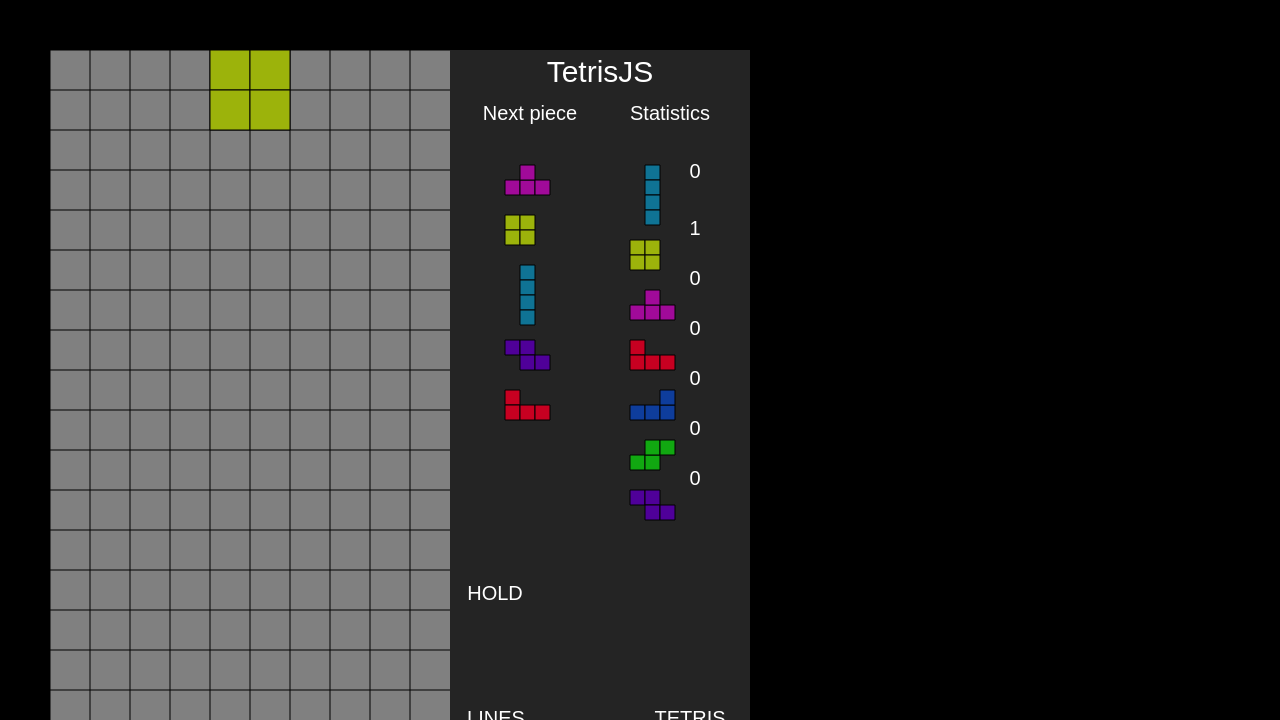
Repository: hosua/TetrisJS
Page: index.html
These files come from the project's save history. The page is drawn as it stood at one moment and after the next save; the edit follows.
The browser window is 1280 px wide. The pictures show the whole page.

Above is the page before, as saved 2023-11-08 04:29:42.

### index.html
<html lang="en">
	<link rel="stylesheet" href="style.css">
	<head>
		<meta charset="UTF-8" />
		<meta name="viewport" content="width=device-width, initial-scale=1.0" />
		<title>TetrisJS</title>
	</head>
	<body>
		<canvas id="background-canvas" width="700" height="800"></canvas>
		<canvas id="tetris-canvas" width="400" height="800"></canvas>

		<script type="module" src="./src/main.js"></script>
	</body>
</html>

### src/main.js
import { GFX, Tetris, Tetronimo, P_TYPE, KEY } from "./Tetris.js"

const FPS = 61;
const START_LEVEL = 0;
let interval = 1000 / FPS;
let prev_frame = 0;
let prev_fall_tick = 0;

let gfx = new GFX();
let tetris = new Tetris(START_LEVEL);

function handle_input(e) {
	let keycode = e.keyCode;
	switch (keycode) {
		case KEY.LEFT:
		case KEY.RIGHT:
		case KEY.DOWN:
			tetronimo.move(keycode, tetris);
			break;
		case KEY.C:
			tetronimo = tetris.hold_piece(tetronimo)
			break;
		case KEY.X:
		case KEY.Z:
			tetronimo.rotate(keycode, tetris);
			break;
		case KEY.SPACE:
			tetronimo.hard_drop(tetris);
			break;
	}
	gfx.draw_all_game_elements(tetris.grid, tetronimo);
}

document.addEventListener('keydown', (e) => { return handle_input(e); });

let tetronimo = tetris.queue.shift();
tetris.piece_counter[tetronimo.type]++;
function piece_falling(curr_time) {
	const delta_frame_ms = curr_time - prev_frame;

	if (delta_frame_ms > interval) {
		// requestAnimationFrame(piece_falling)
		prev_frame = curr_time - (delta_frame_ms % interval)
		const delta_fall_tick_ms = curr_time - prev_fall_tick;

		if (delta_fall_tick_ms > tetris.fall_tick) {
			prev_fall_tick = curr_time - (delta_fall_tick_ms % tetris.fall_tick)
			if (!tetronimo.fall(tetris.grid)) {
				tetris.held_this_turn = false;
				// grab a piece from queue and spawn a new one
				tetronimo = tetris.get_next_piece();

				let lines_cleared_this_turn = tetris.clear_lines();
				if (lines_cleared_this_turn > 0) {
					tetris.score_keeper(lines_cleared_this_turn);
				}
			}
			gfx.draw_all_game_elements(tetris.grid, tetronimo);
		}
	}

}

function game_loop() {
	if (!tetris.check_gameover()) {
		gfx.draw_ui_all(tetris);
		requestAnimationFrame(piece_falling);
	} else {
		gfx = new GFX();
		tetris = new Tetris();
	}
	requestAnimationFrame(game_loop)
}
gfx.draw_all_game_elements(tetris.grid, tetronimo);
gfx.draw_ui_all(tetris);
requestAnimationFrame(game_loop)

### src/Tetris.js
const bg_canvas = document.getElementById("background-canvas");
const tetris_canvas = document.getElementById("tetris-canvas");

const BG_COLOR = "#242424";
const FIELD_COLOR = "grey";
const PLAYFIELD_YMAX = 25;
const PLAYFIELD_XMAX = 10;
const Y_OFF = 5;

const DEFAULT_ORIGIN = [5, 5];

export const KEY = {
	SPACE: 32, 								// hard drop
	LEFT: 37, UP: 38, RIGHT: 39, DOWN: 40,  // move piece
	C: 67, 									// hold piece
	P: 80, 									// pause
	X: 88, 									// rotate right
	Z: 90, 									// rotate left
};

export const P_TYPE = {
	NONE: 0,
	I: 1, O: 2, T: 3, S: 4,
	Z: 5, J: 6, L: 7,
}

const P_COLORS = {
	[P_TYPE.I]: "#0f7394", [P_TYPE.O]: "#9cb30b", [P_TYPE.T]: "#a10a99",
	[P_TYPE.S]: "#11a811", [P_TYPE.Z]: "#4f0099", [P_TYPE.J]: "#c70021",
	[P_TYPE.L]: "#0e3d9c",
}

export class Tetronimo {
	constructor(piece_type) {
		this.type = piece_type;
		this.origin = [0, 0];
		this.blocks = Array(4).fill([0, 0]); // block positions relative to origin
		this.spawn_piece();
	}

	print() {
		console.log(this.origin);
		console.log(this.blocks);
	}

	// Since collision detection can usually be solved by checking mins and maxes, some helper methods
	// for getting them are implemented
	min_x() {
		let res = Number.MAX_SAFE_INTEGER;
		for (let block of this.blocks)
			res = Math.min(res, block[0] + this.origin[0]);
		return res;
	}

	max_x() {
		let res = Number.MIN_SAFE_INTEGER;
		for (let block of this.blocks)
			res = Math.max(res, block[0] + this.origin[0]);
		return res;
	}

	min_y() {
		let res = Number.MAX_SAFE_INTEGER;
		for (let block of this.blocks)
			res = Math.min(res, block[1] + this.origin[1]);
		return res;
	}

	max_y() {
		let res = Number.MIN_SAFE_INTEGER;
		for (let block of this.blocks)
			res = Math.max(res, block[1] + this.origin[1]);
		return res;
	}

	// check if valid move by making a copy of the tetronimo's new position and checking if there is
	// any overlap with the grid.
	// Returns true if the new move is valid
	check_move(grid, dx, dy) {
		for (let block of this.blocks) {
			let nx = this.origin[0] + dx + block[0];
			let ny = this.origin[1] + dy + block[1];
			if (grid[ny][nx] !== P_TYPE.NONE)
				return false;
		}
		return true;
	}

	spawn_piece() {
		this.origin = [...DEFAULT_ORIGIN];
		switch (this.type) {
			case P_TYPE.I:
				this.blocks = [[0, -1], [0, 0], [0, 1], [0, 2]];
				break;
			case P_TYPE.O:
				this.blocks = [[-1, -1], [-1, 0], [0, -1], [0, 0]];
				break;
			case P_TYPE.T:
				this.blocks = [[-1, 0], [0, 0], [1, 0], [0, -1]];
				break;
			case P_TYPE.S:
				this.blocks = [[-1, 0], [0, 0], [0, -1], [1, -1]];
				break;
			case P_TYPE.Z:
				this.blocks = [[-1, -1], [0, -1], [0, 0], [1, 0]];
				break;
			case P_TYPE.J:
				this.blocks = [[-1, -1], [-1, 0], [0, 0], [1, 0]];
				break;
			case P_TYPE.L:
				this.blocks = [[-1, 0], [0, 0], [1, 0], [1, -1]];
				break;
		}
	}

	// This will check the grid to see if the piece can fall down. If it can, it will move piece down once.
	// returns true if still falling
	fall(grid) {
		let can_fall = true;
		for (let block of this.blocks) {
			let x = this.origin[0] + block[0];
			let y = this.origin[1] + block[1];
			// console.log(x, y);
			// check if min y pos is at bottom
			if (y === PLAYFIELD_YMAX - 1) { // at bottom
				can_fall = false;
			} else if (grid[y + 1][x] !== P_TYPE.NONE) { // if below piece is non-empty
				can_fall = false;
			}
			if (!can_fall)
				break;
		}


		if (can_fall) {
			// move down
			this.origin[1] += 1;
		} else {
			// set to grid
			for (let block of this.blocks) {
				let x = this.origin[0] + block[0];
				let y = this.origin[1] + block[1];
				grid[y][x] = this.type;
			}
		}

		return can_fall;
	}

	move(keycode, tetris) {

		switch (keycode) {
			case KEY.LEFT:
				if (this.min_x() > 0 && this.check_move(tetris.grid, -1, 0))
					this.origin[0]--;
				break;
			case KEY.DOWN:
				if (this.max_y() < PLAYFIELD_YMAX - 1 && this.check_move(tetris.grid, 0, +1)) {
					this.origin[1]++;
					tetris.score += 1; // This will add 1 extra point for every block hard/soft dropped.
				}
				break;
			case KEY.RIGHT:
				if (this.max_x() < PLAYFIELD_XMAX - 1 && this.check_move(tetris.grid, +1, 0))
					this.origin[0]++;
				break;
			case KEY.UP: // This should be removed when were no longer testing
				if (this.max_y() > 0 && this.check_move(tetris.grid, 0, -1))
					this.origin[1]--;
				break;
			default:
				console.log("Error: Move has wrong key: ", keycode);
				break;
		}
	}

	rotate(keycode, tetris) {
		// We cannot rotate O
		if (this.type === P_TYPE.O)
			return;

		// Returns the rotated version of the blocks.
		const get_rotated = (keycode) => {
			// This is a separate function because we want a copy of the rotated
			// piece before actually rotating it to check if the rotation overlaps
			// with another piece, or falls outside the boundaries of the tetris.grid.
			let rotated = this.blocks.map((coord) => { return coord.slice() }); // create hard copy
			if (keycode === KEY.Z) {
				for (let coord of rotated) {
					let x = coord[0];
					let y = coord[1];
					coord[0] = y;
					coord[1] = -x;
				}
			} else if (keycode === KEY.X) {
				for (let coord of rotated) {
					let x = coord[0];
					let y = coord[1];
					coord[0] = -y;
					coord[1] = x;
				}
			}
			return rotated;
		}

		let can_rotate = true;
		let rotated = get_rotated(keycode);
		for (let rot of rotated) {
			let rx = this.origin[0] + rot[0];
			let ry = this.origin[1] + rot[1];
			// first, check if rotated position is within the boundaries of the grid
			if (rx < 0 || rx >= PLAYFIELD_XMAX || ry < 0 || ry >= PLAYFIELD_YMAX) {
				can_rotate = false;
				break;
			}
			// second, check if the rotated position overlaps with any
			// other pieces already on the grid
			if (tetris.grid[ry][rx] !== P_TYPE.NONE) {
				can_rotate = false;
				break;
			}
		}
		if (can_rotate)
			this.blocks = rotated;
	}

	hard_drop(tetris) {
		while (this.fall(tetris.grid)) {
			this.move(KEY.DOWN, tetris);
		}
	}
}

// Actual Tetris Logic
export class Tetris {
	constructor(start_level = 0) {
		this.grid = Array(PLAYFIELD_YMAX).fill().map(
			() => Array(PLAYFIELD_XMAX).fill(P_TYPE.NONE)
		);
		this.piece_counter = { [P_TYPE.I]: 0, [P_TYPE.O]: 0, [P_TYPE.T]: 0, [P_TYPE.J]: 0, [P_TYPE.L]: 0, [P_TYPE.S]: 0, [P_TYPE.Z]: 0 }

		this.score = 0;
		this.level = start_level;
		this.lines_until_level_up = 10;
		this.lines_cleared = 0;
		this.tetris_count = 0;
		this.fall_tick = 0; // ms per grid
		this.update_fall_speed();

		this.queue = [];
		this.populate_queue()

		this.hold = null;
		this.held_this_turn = false;
	}

	get_next_piece() {
		let tetronimo = this.queue.shift();
		this.queue.push(this.spawn_rand_piece());
		this.piece_counter[tetronimo.type]++;
		return tetronimo;
	}

	populate_queue(n = 10) {
		this.queue = [];
		for (let i = 0; i < n; i++)
			this.queue.push(this.spawn_rand_piece())
	}

	// If any pieces land above where the game renders, it's game over
	check_gameover() {
		for (let y = 2; y < 4; y++) {
			for (let x = 0; x < PLAYFIELD_XMAX; x++) {
				if (this.grid[y][x] !== P_TYPE.NONE) {
					console.log("Game over!");
					return true;
				}
			}
		}
		return false;
	}

	spawn_rand_piece() {
		let rand_type = Math.round(Math.random() * (P_TYPE.L - 1) + 1);
		return new Tetronimo(rand_type);
	}

	hold_piece(tetronimo) {
		if (!this.held_this_turn) {
			this.held_this_turn = true;
			tetronimo.origin = [...DEFAULT_ORIGIN];
			if (!this.hold) {
				console.log("Storing in hold")
				this.hold = tetronimo;
				tetronimo = this.get_next_piece();
			} else {
				console.log("swapping for hold")
				const temp = this.hold;
				this.hold = tetronimo;
				tetronimo = temp;
			}
		}
		return tetronimo;
	}

	// checks and clears all full lines, returns how many lines were cleared
	clear_lines() {
		let lines_cleared = 0;
		// Do a downward scan to see if line is full
		for (let y = 5; y < PLAYFIELD_YMAX; y++) {
			let is_full = true;

			// scan the line
			for (let x = 0; x < PLAYFIELD_XMAX; x++) {
				if (this.grid[y][x] === P_TYPE.NONE) {
					is_full = false;
					break;
				}
			}

			if (is_full) {
				console.log(`Detected full line at ${y}`);
				// clear the current line
				for (let x = 0; x < PLAYFIELD_XMAX; x++) {
					this.grid[y][x] = P_TYPE.NONE;
				}
				// shift all lines above from current y coordinate down 1
				for (let yy = y; yy >= 5; yy--) {
					this.grid[yy] = this.grid[yy - 1]
				}
				lines_cleared++; // will be used for scoring when it's implemented
			}
		}
		return lines_cleared;
	}

	// keeps track of lines cleared, tetrises, and score, also handles level up when they should happen
	score_keeper(lines_cleared) {
		this.lines_cleared += lines_cleared;
		if (lines_cleared == 4)
			this.tetris_count++;

		// n = level
		// 1 line 		2 line 			3 line 			4 line
		// 40 * (n + 1)	100 * (n + 1)	300 * (n + 1)	1200 * (n + 1)
		switch (lines_cleared) {
			case 1:
				this.score += 40 * (this.level + 1);
				break;
			case 2:
				this.score += 100 * (this.level + 1);
				break;
			case 3:
				this.score += 300 * (this.level + 1);
				break;
			case 4:
				this.score += 1200 * (this.level + 1);
				break;
		}

		this.lines_until_level_up -= lines_cleared;
		console.log(`lines until level up: ${this.lines_until_level_up}`)
		if (this.lines_until_level_up <= 0) {
			this.lines_until_level_up += 10;
			this.level++;
			this.update_fall_speed();
		}
	}

	// When level up happens, speed up the fall speed.
	update_fall_speed() {
		if (this.level < 9)
			this.fall_tick = (48 - (5 * (this.level + 1))) * 61;
		else if (this.level == 9)
			this.fall_tick = 6 * 61;
		else if (this.level < 13)
			this.fall_tick = 5 * 61;
		else if (this.level < 16)
			this.fall_tick = 4 * 61;
		else if (this.level < 16)
			this.fall_tick = 3 * 61;
		else if (this.level < 19)
			this.fall_tick = 2 * 61;
		else
			this.fall_tick = 1 * 61;
	}
}

// Tetronimo objects for drawing UI
const TET_UI = [
	new Tetronimo(P_TYPE.I),
	new Tetronimo(P_TYPE.O),
	new Tetronimo(P_TYPE.T),
	new Tetronimo(P_TYPE.J),
	new Tetronimo(P_TYPE.L),
	new Tetronimo(P_TYPE.S),
	new Tetronimo(P_TYPE.Z),
]

export class GFX {
	constructor() {
		bg_canvas.style.position = "absolute";
		tetris_canvas.style.position = "absolute";
		bg_canvas.style.top = "50";
		bg_canvas.style.left = "50";
		tetris_canvas.style.top = "50";
		tetris_canvas.style.left = "50";
		this.ui_offset = tetris_canvas.width;
		this.ui_width = bg_canvas.width - tetris_canvas.width;
	}


	draw_playfield() {
		const ctx = tetris_canvas.getContext("2d");
		ctx.fillStyle = FIELD_COLOR;
		ctx.fillRect(0, 0, tetris_canvas.width, tetris_canvas.height);
	}

	draw_gridlines() {
		const ctx = tetris_canvas.getContext("2d");
		const horiz_inc = tetris_canvas.height / 20;
		const vert_inc = tetris_canvas.width / 10;

		// Draw horizontal lines
		for (let y = 0; y < tetris_canvas.height; y += horiz_inc) {
			ctx.beginPath();
			ctx.moveTo(0, y);
			ctx.lineTo(tetris_canvas.width, y);
			ctx.stroke();
		}
		// Draw vertical lines
		for (let x = 0; x < tetris_canvas.width; x += vert_inc) {
			ctx.beginPath();
			ctx.moveTo(x, 0);
			ctx.lineTo(x, tetris_canvas.height);
			ctx.stroke();
		}
	}

	// Draw the actual pieces and shit on the 2d grid (except the piece currently in motion)
	draw_grid_elements(grid) {
		const ctx = tetris_canvas.getContext("2d");
		const horiz_inc = tetris_canvas.height / 20;
		const vert_inc = tetris_canvas.width / 10;

		for (let y = PLAYFIELD_YMAX - 1; y >= PLAYFIELD_YMAX - 20; y--) {
			for (let x = 0; x < PLAYFIELD_XMAX; x++) {
				// dx, dy are drawing coords
				let dx = x * horiz_inc;
				let dy = (y - Y_OFF) * vert_inc;
				if (grid[y][x] != P_TYPE.NONE) {
					ctx.fillStyle = P_COLORS[grid[y][x]];
					ctx.beginPath();
					ctx.rect(dx, dy, horiz_inc, vert_inc);
					ctx.fill();
					ctx.stroke();
				}
			}
		}
	}

	// this will draw the tetronimo in motion
	// We are avoiding putting the tetronimo on the actual grid until it lands, this way we don't
	// have to handle creating and destroying the blocks every time it shifts down once.
	draw_falling_tetronimo(tetronimo) {
		const ctx = tetris_canvas.getContext("2d");
		const horiz_inc = tetris_canvas.height / 20;
		const vert_inc = tetris_canvas.width / 10;

		let origin = tetronimo.origin;
		let blocks = tetronimo.blocks;
		let p_type = tetronimo.type;

		ctx.fillStyle = P_COLORS[p_type];
		for (let block of blocks) {
			let dx = (origin[0] + block[0]) * horiz_inc;
			let dy = (origin[1] + block[1] - Y_OFF) * vert_inc;
			ctx.beginPath();
			ctx.rect(dx, dy, horiz_inc, vert_inc);
			ctx.fill();
			ctx.stroke();
		}
	}

	draw_all_game_elements(grid, tetronimo) {
		// this.draw_background();
		this.draw_playfield();
		this.draw_grid_elements(grid);
		this.draw_gridlines();
		this.draw_falling_tetronimo(tetronimo);
	}

	/* UI drawing methods below */

	draw_ui_all(tetris) {
		this.draw_ui_background();
		this.draw_ui_text("TetrisJS", 30, this.ui_offset + (this.ui_width / 2), 32);
		this.draw_ui_stats(tetris.piece_counter);
		this.draw_ui_queue(tetris);
		this.draw_held_piece(tetris);
		this.draw_ui_text("Made by Hoswoo", 20, this.ui_offset + (this.ui_width / 2), bg_canvas.height - 15);
		this.draw_ui_score(tetris);
		this.draw_ui_level(tetris);
		this.draw_lines_cleared(tetris);
	}

	draw_ui_background() {
		const ctx = bg_canvas.getContext("2d");
		ctx.fillStyle = BG_COLOR;
		ctx.fillRect(0, 0, bg_canvas.width, bg_canvas.height);
	}

	draw_ui_mini_piece(tetronimo, x, y) {
		const ctx = bg_canvas.getContext("2d");
		const dim = 15;
		const x_off = -100;
		const y_off = -625;

		let origin = tetronimo.origin;
		let blocks = tetronimo.blocks;
		let p_type = tetronimo.type;

		ctx.fillStyle = P_COLORS[p_type];

		for (let block of blocks) {
			let dx = x + x_off + (origin[0] + block[0]) * dim;
			let dy = y + y_off + (origin[1] + block[1]) * dim;
			ctx.beginPath();
			ctx.rect(dx, dy, dim, dim);
			ctx.fill();
			ctx.stroke();
		}
	}

	draw_ui_text(text, size, x, y) {
		const ctx = bg_canvas.getContext("2d");
		ctx.font = size.toString() + "px Arial";
		ctx.textAlign = "center";
		ctx.fillStyle = "white";
		ctx.fillText(text, x, y);
	}

	draw_ui_queue(tetris, count = 5) { // Draw 'count' next pieces
		let x = this.ui_offset + 80;
		let y = this.ui_offset + 280;
		let y_inc = 50;

		this.draw_ui_text("Next piece", 20, x, 70);
		for (let i = 0; i < count; i++) {
			let piece = tetris.queue[i];
			this.draw_ui_mini_piece(piece, x + 15, y);
			if (piece.type == P_TYPE.I)
				y += 25;
			y += y_inc;
		}
	}

	draw_ui_stats(piece_counter) {
		let x = this.ui_offset + 220;
		let x_gap = 25;
		let y = this.ui_offset + 355;
		let y_inc = 50;
		let i_piece = TET_UI[0];

		this.draw_ui_text("Statistics", 20, x, 70);
		this.draw_ui_mini_piece(i_piece, x, this.ui_offset + 280);
		this.draw_ui_text(piece_counter[P_TYPE.I].toString(), 20, x + x_gap, 128);

		let dy = 185;
		let dy_inc = 50;
		for (let i = 1; i < TET_UI.length; i++) {
			let piece = TET_UI[i];
			this.draw_ui_mini_piece(piece, x, y);
			this.draw_ui_text(piece_counter[piece.type], 20, x + x_gap, dy);
			y += y_inc;
			dy += dy_inc;
		}
	}

	draw_ui_score(tetris) {
		let x = this.ui_offset + 100;
		let y = 725;
		let y_inc = 25;
		this.draw_ui_text(`SCORE`, 20, x - 48, y);
		this.draw_ui_text(`${tetris.score.toString().padStart(10, '0')}`, 30, x, y + y_inc);
	}

	draw_ui_level(tetris) {
		let x = this.ui_offset + 285;
		let y = 725;
		let y_inc = 25;
		this.draw_ui_text(`LEVEL`, 20, x - 48, y);
		this.draw_ui_text(`${tetris.level.toString().padStart(2, '0')}`, 30, x - 65, y + y_inc);
	}

	draw_lines_cleared(tetris) { // also displays tetris count
		let x = this.ui_offset + 100;
		let y = 675;
		let y_inc = 25;
		this.draw_ui_text(`LINES`, 20, x - 54, y);
		this.draw_ui_text(`${tetris.lines_cleared.toString().padStart(3, '0')} `, 30, x - 54, y + y_inc);
		this.draw_ui_text(`TETRIS`, 20, x + 140, y)
		this.draw_ui_text(`${tetris.tetris_count.toString().padStart(3, '0')}`, 30, x + 130, y + y_inc);
	}

	draw_held_piece(tetris) {
		let x = this.ui_offset + 100;
		let y = 1140;
		this.draw_ui_text(`HOLD`, 20, x - 55, 550);
		if (tetris.hold)
			this.draw_ui_mini_piece(tetris.hold, x - 38, 1140)
	}
}

Loaded but not shown: style.css (common file)

After the next save:
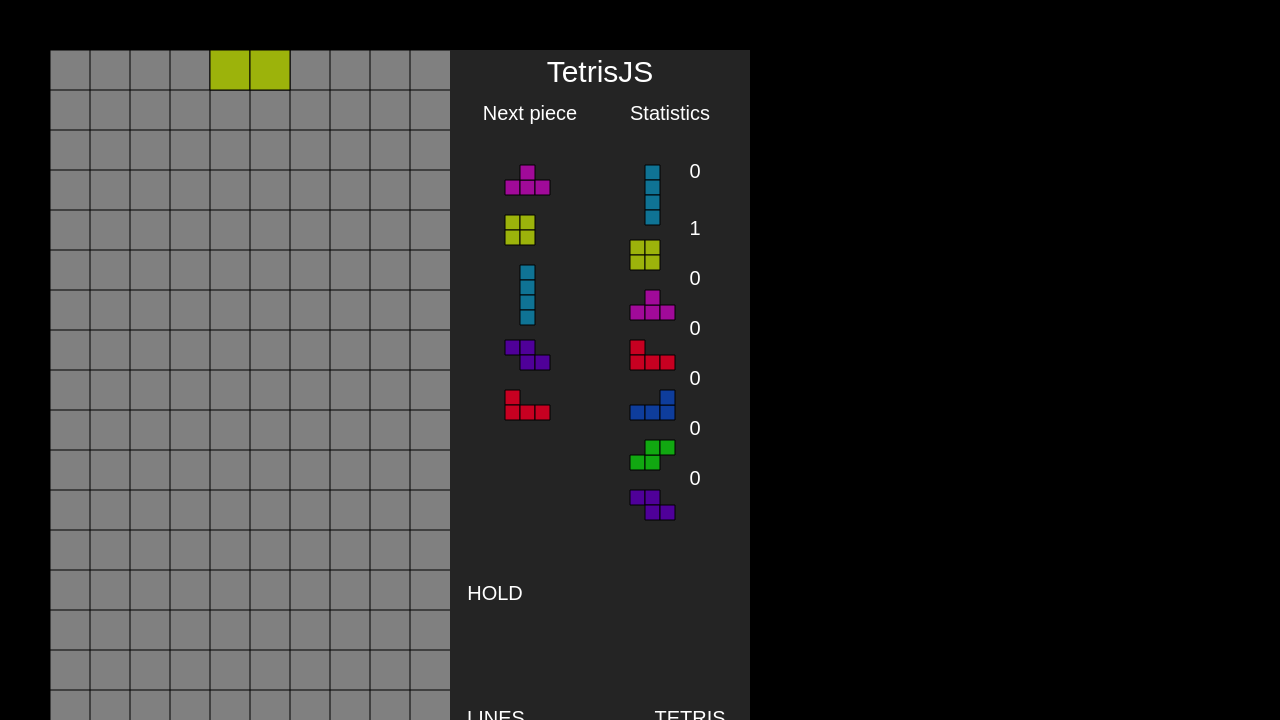
Saved 15 s later.
--- a/src/main.js
+++ b/src/main.js
@@ -64,7 +64,7 @@
 function game_loop() {
 	if (!tetris.check_gameover()) {
 		gfx.draw_ui_all(tetris);
-		requestAnimationFrame(piece_falling);
+		piece_falling();
 	} else {
 		gfx = new GFX();
 		tetris = new Tetris();
